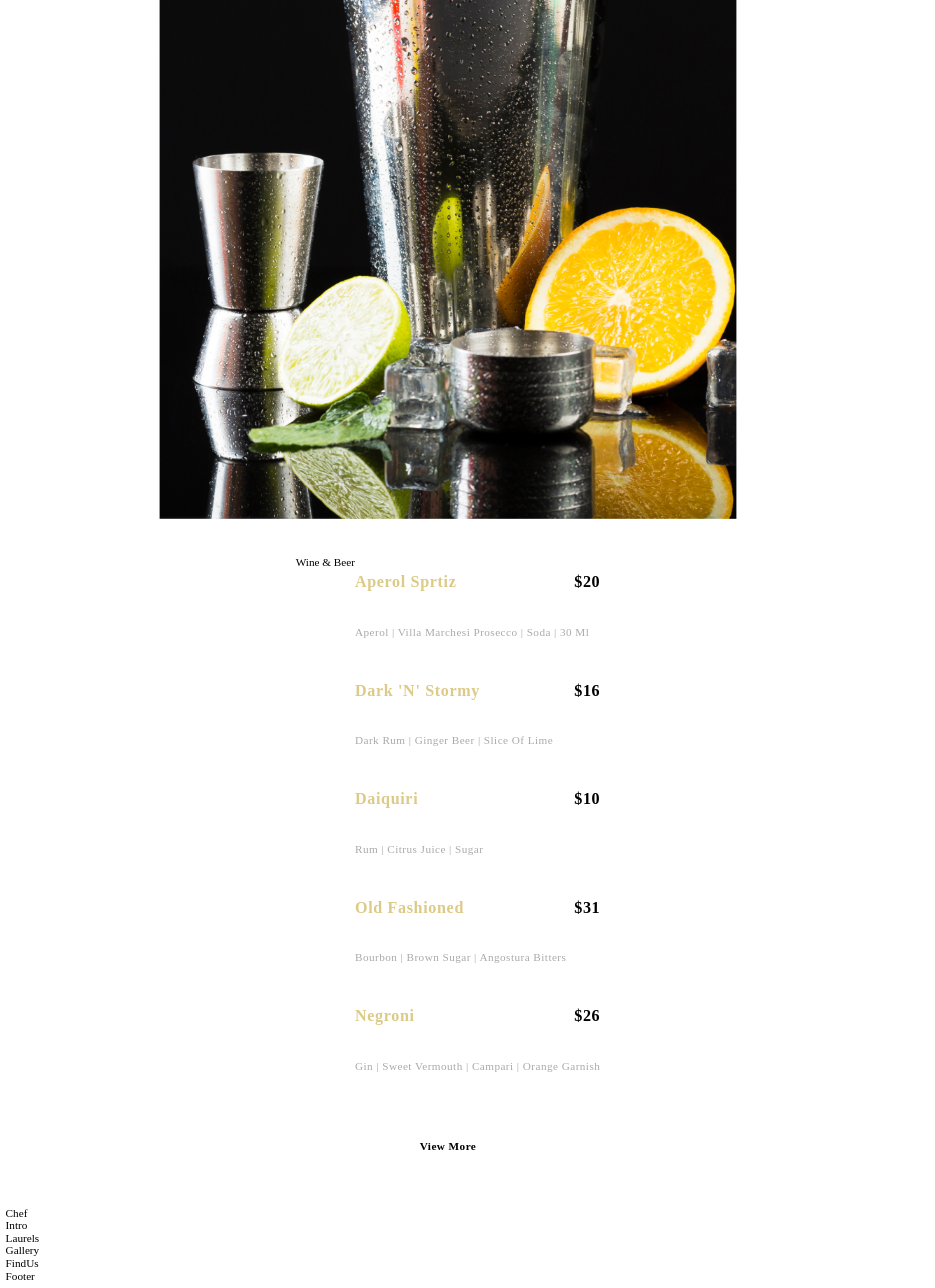
Repository: remydev47/restaurant
Page: /
These files come from the project's save history. The page is drawn as it stood at one moment and after the next save; the edit follows.
The browser window is 1280 px wide. The page is 1336 px wide, so the pictures cover 1336 px, including what lies to the right of the window. The pictures show the part of the page from y = 4180 to 6020 px (the page is 6020 px tall), at 70% of full size.
Backgrounds fixed to the window are drawn as part of the page. The project was rebuilt for these pictures with package versions that can differ from the ones it lists, and the page was loaded fresh each time. Also part of the build but not shown: src/container/Chef/Chef.css, src/components/Footer/Newsletter.jsx, src/components/Footer/FooterOverlay.jsx. Imported but missing from the stored project, and not drawn on this page: src/assets/meal.mp4.

Above is the page before, as saved 2022-03-16 17:01:10.

### public/index.html
<!DOCTYPE html>
<html lang="en">
  <head>
    <meta charset="utf-8" />
    <link rel="icon" href="%PUBLIC_URL%/favicon.ico" />
    <meta name="viewport" content="width=device-width, initial-scale=1" />
    <meta name="theme-color" content="#000000" />
    <meta name="description"content="Web site created using create-react-app"/>
    <link rel="apple-touch-icon" href="%PUBLIC_URL%/logo192.png" />
    <link rel="manifest" href="%PUBLIC_URL%/manifest.json" />
    <title>Gerich Resturant</title>
  </head>
  <body>
    <noscript>You need to enable JavaScript to run this app.</noscript>
    <div id="root"></div>
</html>

### src/App.js
import React from 'react';

import { AboutUs, Chef, FindUs, Footer, Gallery, Header, Intro, Laurels, SpecialMenu } from './container';
import { Navbar } from './components';
import './App.css';

const App = () => (
  <div>
    <Navbar />
    <Header />
    <AboutUs />
    <SpecialMenu />
    <Chef />
    <Intro />
    <Laurels />
    <Gallery />
    <FindUs />
    <Footer />
  </div>
);

export default App;

### src/container/AboutUs/AboutUs.jsx
import React from 'react';

import './AboutUs.css';
import { images } from '../../constants';

const AboutUs = () => (
  <div className="app__aboutus app__bg flex__center section__padding" id="aboutus">
    <div className='app__aboutus-overlay flex__center'>
      <img src={images.G} alt="g letter" />
    </div>
    <div className='app__aboutus-content flex__center'>
      <div className='app__aboutus-content_about'>
        <h1 className='headtext__cormorant'>About Us</h1>
        <img src={images.spoon} alt="about_spoon" className="spoon__img" />
        <p className="p__opensans">
          Eager to serve you, our experienced wait staff greet you at the door and lead you to the table of your choice in the well thought out seating arrangement. The rich aroma of freshly ground coffee is the handiwork of our skilled baristas, adept in latte art.
        </p>
        <button type="button" className="custom__button">Know More</button>
      </div>
      <div className="app__aboutus-content_knife flex__center">
        <img src={images.knife} alt="about_knife" />
      </div>
      <div className='app__aboutus-content_history'>
        <h1 className='headtext__cormorant'>Our History</h1>
        <img src={images.spoon} alt="about_spoon" className="spoon__img" />
        <p className="p__opensans">
        Welcome to Giretch, a fully fledged restaurant specializing in delivering a relaxed and memorable dining experience. We’re currently in 12 locations; 4 in Nairobi, 8 in Kampala and 1 in Entebbe
        </p>
        <button type="button" className="custom__button">Know More</button>
      </div>
    </div>
  </div>
);

export default AboutUs;

### src/container/Header/Header.jsx
import React from 'react';
import { SubHeading } from '../../components';

import { images } from "../../constants"
import './Header.css';

const Header = () => (
  <div className="app__header app__wrapper section__padding" id="home">
    <div className="app__wrapper_info">
      <SubHeading title="Chase The New Flavour" />
      <h1 className="app__header-h1">The Key To Fine Dining</h1>
      <p className="p__opensans" style={{margin: '2rem 0'}}>
          Geritch is a perfect haven for both business and leisure travellers. It all begins with our friendly staff, who will do everything they can to make your meal fulfiling and enjoyable. The team at Geritch kitchen looks forward to welcoming you in one of our luxury restaurant where you will experience comfort and convenience in this beautiful city of Nairobi.
      </p>
      <button type="button" className="custom__button">Explore Menu</button>
    </div>
    <div className="app__wrapper_img">
      <img src={images.welcome} alt="header img" />
    </div>
  </div>
);

export default Header;

### src/container/Menu/SpecialMenu.jsx
import React from 'react';

import { SubHeading, MenuItem } from '../../components';
import { images, data } from '../../constants';
import './SpecialMenu.css';

const SpecialMenu = () => (
  <div className="app__specialMenu flex__center section__padding">
    <div className='app__specialMenu-title'>
      <SubHeading title="Menu Thats Fits Your Pallate" />
      <h1 className="headtext__cormorant">Today's Special</h1>
    </div>

    <div className='app__specialMenu-menu'>
      <div className='app__specialMenu-menu_wine flex__center'>
        <p className='app__specialMenu_menu_heading'>Wine & Beer</p>
      </div>
      <div className='app__specialMenu_menu_items'>
        {data.wines.map((wine, index) => (
         <MenuItem key={wine.title + index} title={wine.title} price={wine.price} tags={wine.tags} />
        ))}
      </div>
    </div>

    <div className="app__specialMenu-menu_img">
      <img src={images.menu} alt="menu img"  />
    </div>

    <div className='app__specialMenu-menu'>
      <div className='app__specialMenu-menu_cocktails flex__center'>
        <p className='app__specialMenu_menu_heading'>Wine & Beer</p>
      </div>
      <div className='app__specialMenu_menu_items'>
        {data.cocktails.map((cocktail, index) => (
          <MenuItem key={cocktail.title + index} title={cocktail.title} price={cocktail.price} tags={cocktail.tags} />
        ))}
      </div>
    </div>
    <div style={{marginTop: '15px'}}>
      <button  type="button" className="custom__button">View More</button>
    </div>
  </div>
);

export default SpecialMenu;

### src/components/SubHeading/SubHeading.jsx
import React from 'react';
import { images } from '../../constants';


const SubHeading = ({ title }) => (
  <div style={{ marginBottom: "1rem"}}>
    <p className='p__cormorant'>{title}</p>
    <img src={images.spoon} alt="spoon" className="spoon__img" />
  </div>
);

export default SubHeading;

### src/components/Menuitem/MenuItem.jsx
import React from 'react';

import './MenuItem.css';

const MenuItem = ({ title, price, tags }) => (
  <div className="app__menuitem">
    <div className="app__menuitem-head">
      <div className="app__menuitem-name">
        <p className="p__cormorant" style={{ color: '#DCCA87'}}>{title}</p>
      </div>

      <div className="app__menuitem-dash" />

      <div className="app__menuitem-price">
        <p className="p__cormorant">{price}</p>
      </div>
    </div>
    <div className="app__menuitem-sub">
      <p className="p__opensans" style={{ color: '#AAA'}}>{tags}</p>
    </div>
  </div>
);

export default MenuItem;

### src/components/Navbar/Navbar.jsx
import React, {useState} from 'react';
import { GiHamburgerMenu } from 'react-icons/gi';
import { MdOutlineRestaurantMenu } from 'react-icons/md';

import images from '../../constants/images';
import './Navbar.css';

const Navbar = () => {
  const [toggleMenu, setToggleMenu] = useState(false)
  return(
  <nav className="app__navbar">
    <div className="app__navbar-logo">
     <img src={images.gericht} alt="app logo"/>
    </div>
    <ul className="app__navbar-links">
      <li className="p__opensans"><a href="#home">Home</a></li>
      <li className="p__opensans"><a href="#about">About</a></li>
      <li className="p__opensans"><a href="#menu">Menu</a></li>
      <li className="p__opensans"><a href="#awards">Awards</a></li>
      <li className="p__opensans"><a href="#contact">Contact</a></li>
    </ul>
    <div className="app__navbar-login">
      <a href="#login" className="p__opensans">Log in/ Register</a>
    <div/>
      <a href="/" className="p__opensans">Book Table</a>
    </div>
    <div className="app__navbar-smallscreen">
      <GiHamburgerMenu color="#fff" fontsize={27} onClick={() => setToggleMenu(true)} />

      {toggleMenu && (


      <div className="app__navbar-smallscreen_overlay flex__center slide-bottom">
        <MdOutlineRestaurantMenu fontSize={27} className="overlay__close" onClick={() => setToggleMenu(false)} />
        <ul className="app__navbar-smallscreen_links">
          <li className="p__opensans"><a href="#home">Home</a></li>
          <li className="p__opensans"><a href="#about">About</a></li>
          <li className="p__opensans"><a href="#menu">Menu</a></li>
          <li className="p__opensans"><a href="#awards">Awards</a></li>
          <li className="p__opensans"><a href="#contact">Contact</a></li>
       </ul>
      </div>
       )}
    </div>
  </nav>
  );
};

export default Navbar;

### src/container/AboutUs/AboutUs.css
.app__aboutus {
    position: relative;
}

.app__aboutus-overlay {
    position: absolute;
    inset: 0;
}

.app__aboutus-overlay img {
    width: 391px;
    height: 415px;
    z-index: 0;
}

.app__aboutus-content {
    width: 100%;
    z-index: 2;
}

.app__aboutus-content_about {
    flex: 1;
    display: flex;
    justify-content: flex-end;
    align-items: flex-end;
    flex-direction: column;

    text-align: right;
}

.app__aboutus-content_knife {
    margin: 2rem 4rem;
}

.app__aboutus-content_knife img{
    height: 910px;
}

.app__aboutus-content_history {
    flex: 1;
    display: flex;
    justify-content: flex-start;
    align-items: flex-start;
    flex-direction: column;

    text-align: left;
}

.app__aboutus-content_history p,
.app__aboutus-content_about p {
    margin: 2rem 0;
    color: var(--color-grey);
}

@media screen and (max-width: 2000px) {
    .app__aboutus-content_knife img{
        height: 1110px;
    }
}

.app__aboutus-content_history p,
.app__aboutus-content_about p {
    margin: 4rem 0;
    color: var(--color-grey);
}

@media screen and (max-width: 900px) {
    .app__aboutus-content {
        flex-direction: column;
    }

    .app__aboutus-content_knife {
        margin: 4rem 0;
    }
}

@media screen and (max-width: 650px) {
    .app__aboutus-overlay img {
        width: 80%;
        height: 320px;
    }
}

### src/container/Header/Header.css
.app__header {
    background-color: var(--color-black);
}

.app__header-h1 {
    font-family: var(--font-base);
    color: var(--color-golden);
    letter-spacing: 0.04rem;
    text-transform: uppercase;
    line-height: 117px;
    font-size: 90px;
}

.app__header-img {
    width: 100%;
}

### src/container/Menu/SpecialMenu.css
.app__specialMenu {
    flex-direction: column;
    background-color: var(--color-black);
}

.app__specialMenu-title {
    margin-bottom: 2rem;
    text-align: center;
}

.app__specialMenu-menu {
    width: 100%;

    margin: 2rem 0;
    display: flex;
    justify-content: center;
    align-items: flex-start;
    flex-direction: row;
}

### src/components/Menuitem/MenuItem.css
.app__menuitem {
    width: 100%;
    margin: 1rem 0;

    display: flex;
    flex-direction: column;
}

.app__menuitem-head {
    display: flex;
    justify-content: space-between;
    align-items: center;
}

.app__menuitem-sub {
    width: 100%;
    margin-top: 0.2rem;
}

.app__menuitem-name{
    flex: 1;
}

.app__menuitem-dash {
    width: 90px;
    height: 1px;

    background: var(--color-golden);
    margin: 0 1rem;
}

.app__menuitem-price {
    display: flex;
    justify-content: flex-end;
    align-items: flex-end;
}

### src/constants/images.js
import bg from '../assets/bg.png';
import chef from '../assets/chef.png';
import G from '../assets/G.png';
import gallery01 from '../assets/gallery01.png';
import gallery02 from '../assets/gallery02.png';
import gallery03 from '../assets/gallery03.png';
import gallery04 from '../assets/gallery04.png';
import knife from '../assets/knife.png';
import logo from '../assets/logo.png';
import menu from '../assets/menu.png';
import overlaybg from '../assets/overlaybg.png';
import spoon from '../assets/spoon.svg';
import welcome from '../assets/welcome.png';
import findus from '../assets/findus.png';
import laurels from '../assets/laurels.png';
import award01 from '../assets/award01.png';
import award02 from '../assets/award02.png';
import award03 from '../assets/award03.png';
import award05 from '../assets/award05.png';
import sign from '../assets/sign.png';
import quote from '../assets/quote.png';
import gericht from '../assets/gericht.png';

export default {
  bg,
  chef,
  G,
  gallery01,
  gallery02,
  gallery03,
  gallery04,
  knife,
  logo,
  menu,
  overlaybg,
  spoon,
  welcome,
  findus,
  laurels,
  award01,
  award02,
  award03,
  award05,
  sign,
  quote,
  gericht,
};

### src/components/Navbar/Navbar.css
.app__navbar {
   width: 100%;
   display: flex;
   justify-content: space-between;
   align-items: center;
   background: var(--color-black);
   padding: 1rem 2rem;
}

.app__navbar-logo{
    display: flex;
    justify-content: flex-start;
    align-items: center;
}

.app__navbar-logo img{
    width: 150px;
}

.app__navbar-links {
    flex: 1;
    display: flex;
    justify-content: center;
    align-items: center;

    list-style: none;
}

.app__navbar-links li{
    margin: 0 1rem;
    cursor: pointer;
}

.app__navbar-links li:hover {
   color: var(--color-grey);
}

.app__navbar-login {
    display: flex;
    justify-content: flex-end;
    align-items: center;
}
.app__navbar-login a {
    margin: o 1rem;
    text-decoration: none;
    transition: 0.5s  ease;
}

.app__navbar-login a:hover{
    border-bottom: 1px solid var(--color-golden);
}

.app__navbar-login div{
    width: 1px;
    height: 30px;
    background-color: var(--color-grey);
}

.app__navbar-smallscreen{
    display: none;
}

.app__navbar-smallscreen_overlay {
    position: fixed;
    top: 0;
    left: 0;
    width: 100%;
    height: 100vh;
    background-color: var(--color-black);
    transition: 0.5s ease;

    flex-direction: column;
    z-index: 5;
}

.app__navbar-smallscreen_overlay .overlay__close{
    font-size: 27px;
    color: var(--color-golden);
    cursor: pointer;

    position: absolute;
    top: 20px;
    right: 20px;
}

.app__navbar-smallscreen_links{
    list-style: none;
}

.app__navbar-smallscreen_links li {
   margin: 2rem;
   cursor: pointer;
   color: var(--color-golden);
   font-size: 2rem;
   text-align: center;
   font-family: var(--font-base);
}

.app__navbar-smallscreen_links li:hover {
    color: var(--color-white);
}

@media screen and (max-width: 2000px) {
    .app__navbar-logo img{
        width: 210px;
    }
}

@media screen and (max-width: 1150px) {
    .app__navbar-links {
        display: none;
    }

    .app__navbar-smallscreen {
        display: flex;
    }
}

@media screen and (max-width: 650px) {
    .app__navbar {
        padding: 1rem;
    }
    .app__navbar-login {
        display: none;
    }

    .app__navbar-logo img{
        width: 110px;
    }
}

### src/constants/data.js
import images from './images';

const wines = [
  {
    title: 'Chapel Hill Shiraz',
    price: '$56',
    tags: 'AU | Bottle',
  },
  {
    title: 'Catena Malbee',
    price: '$59',
    tags: 'AU | Bottle',
  },
  {
    title: 'La Vieillw Rose',
    price: '$44',
    tags: 'FR | 750 ml',
  },
  {
    title: 'Rhino Pale Ale',
    price: '$31',
    tags: 'CA | 750 ml',
  },
  {
    title: 'Irish Guinness',
    price: '$26',
    tags: 'IE | 750 ml',
  },
];

const cocktails = [
  {
    title: 'Aperol Sprtiz',
    price: '$20',
    tags: 'Aperol | Villa Marchesi prosecco | soda | 30 ml',
  },
  {
    title: "Dark 'N' Stormy",
    price: '$16',
    tags: 'Dark rum | Ginger beer | Slice of lime',
  },
  {
    title: 'Daiquiri',
    price: '$10',
    tags: 'Rum | Citrus juice | Sugar',
  },
  {
    title: 'Old Fashioned',
    price: '$31',
    tags: 'Bourbon | Brown sugar | Angostura Bitters',
  },
  {
    title: 'Negroni',
    price: '$26',
    tags: 'Gin | Sweet Vermouth | Campari | Orange garnish',
  },
];

const awards = [
  {
    imgUrl: images.award02,
    title: 'Bib Gourmond',
    subtitle: 'Lorem ipsum dolor sit amet, consectetur.',
  },
  {
    imgUrl: images.award01,
    title: 'Rising Star',
    subtitle: 'Lorem ipsum dolor sit amet, consectetur.',
  },
  {
    imgUrl: images.award05,
    title: 'AA Hospitality',
    subtitle: 'Lorem ipsum dolor sit amet, consectetur.',
  },
  {
    imgUrl: images.award03,
    title: 'Outstanding Chef',
    subtitle: 'Lorem ipsum dolor sit amet, consectetur.',
  },
];

export default { wines, cocktails, awards };

Loaded but not shown: src/index.js (common file); src/container/index.js (common file); src/components/index.js (common file); src/App.css (common file); src/container/Chef/Chef.jsx (common file); src/container/Findus/FindUs.jsx (common file); src/container/Footer/Footer.jsx (common file); src/container/Gallery/Gallery.jsx (common file); src/container/Intro/Intro.jsx (common file); src/container/Laurels/Laurels.jsx (common file); src/constants/index.js (common file); src/components/Footer/FooterOverlay.css (no stored copy; drawn as an empty file); src/components/Footer/Newsletter.css (no stored copy; drawn as an empty file); src/container/Footer/Footer.css (no stored copy; drawn as an empty file); src/container/Gallery/Gallery.css (no stored copy; drawn as an empty file); src/container/Intro/Intro.css (no stored copy; drawn as an empty file); src/container/Laurels/Laurels.css (no stored copy; drawn as an empty file)

After the next save:
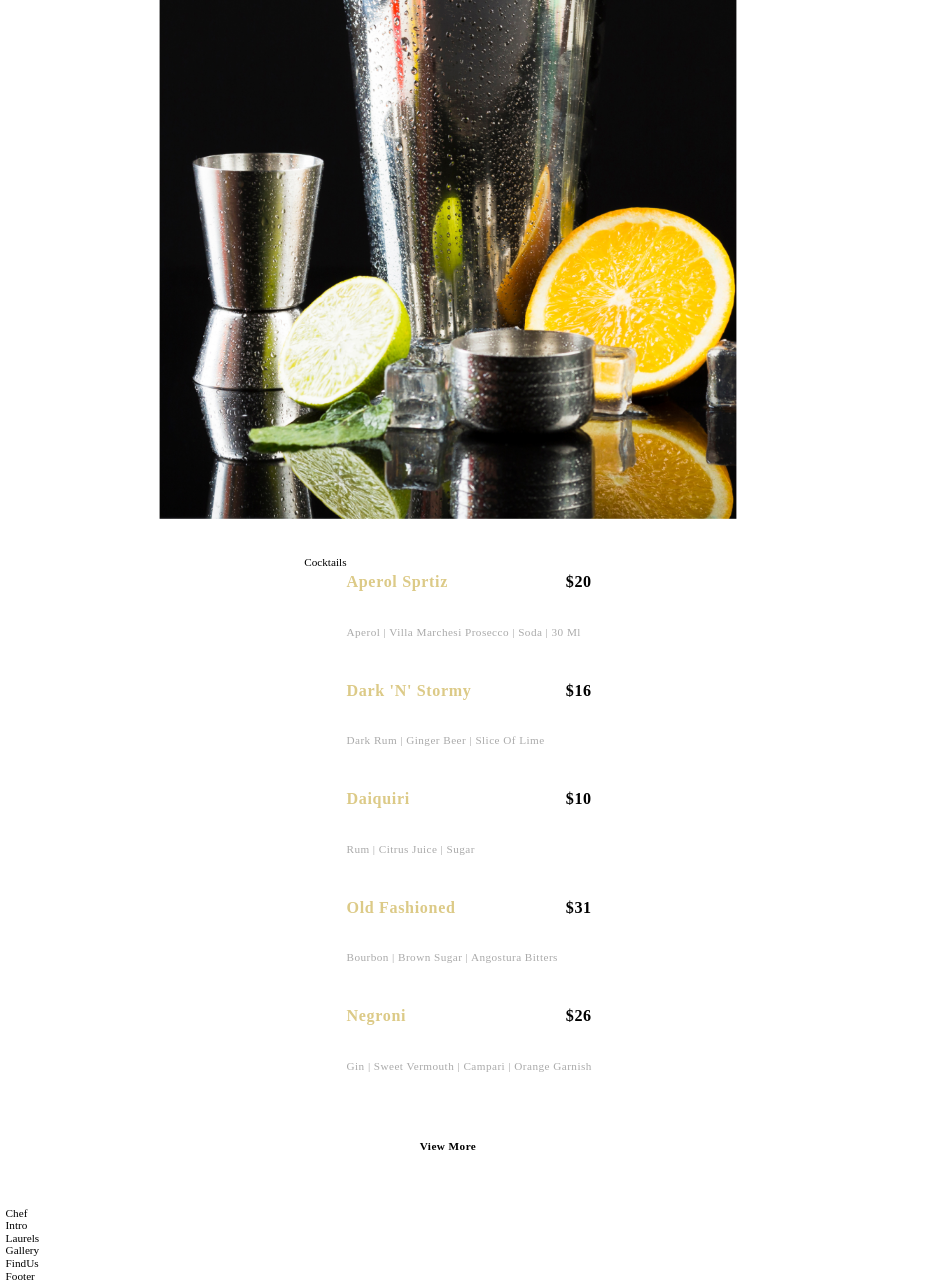
Saved 7 min 46 s later.
--- a/src/container/Menu/SpecialMenu.jsx
+++ b/src/container/Menu/SpecialMenu.jsx
@@ -13,7 +13,7 @@ const SpecialMenu = () => (
 
     <div className='app__specialMenu-menu'>
       <div className='app__specialMenu-menu_wine flex__center'>
-        <p className='app__specialMenu_menu_heading'>Wine & Beer</p>
+        <p className='app__specialMenu-menu_heading'>Wine & Beer</p>
       </div>
       <div className='app__specialMenu_menu_items'>
         {data.wines.map((wine, index) => (
@@ -28,7 +28,7 @@ const SpecialMenu = () => (
 
     <div className='app__specialMenu-menu'>
       <div className='app__specialMenu-menu_cocktails flex__center'>
-        <p className='app__specialMenu_menu_heading'>Wine & Beer</p>
+        <p className='app__specialMenu-menu_heading'>Cocktails</p>
       </div>
       <div className='app__specialMenu_menu_items'>
         {data.cocktails.map((cocktail, index) => (
